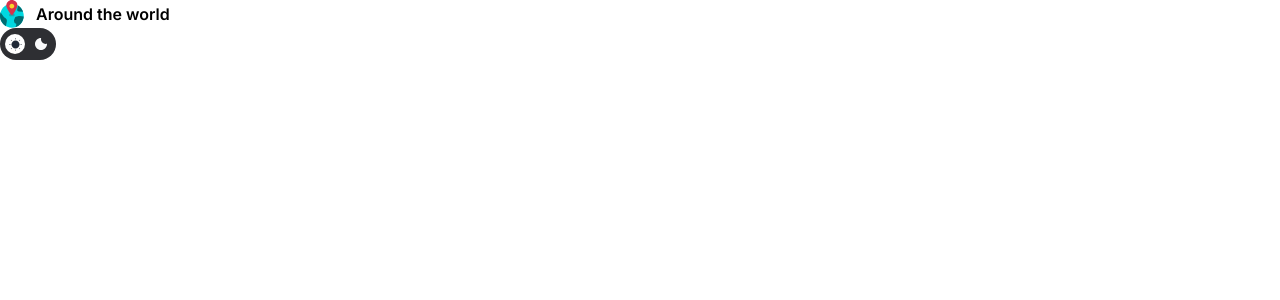
Repository: Baraajad231/Around-the-world
Page: /
An editor plug-in stored every save of this project. The page is shown before and after the next save, followed by the edit.
The browser window is 1280 px wide. The pictures show the whole page.
The project was rebuilt for these pictures with package versions that can differ from the ones it lists, and the page was loaded fresh each time. Also part of the build but not shown: vite.config.js.

Above is the page before, as saved 2026-03-12 00:50:25.

After the next save:
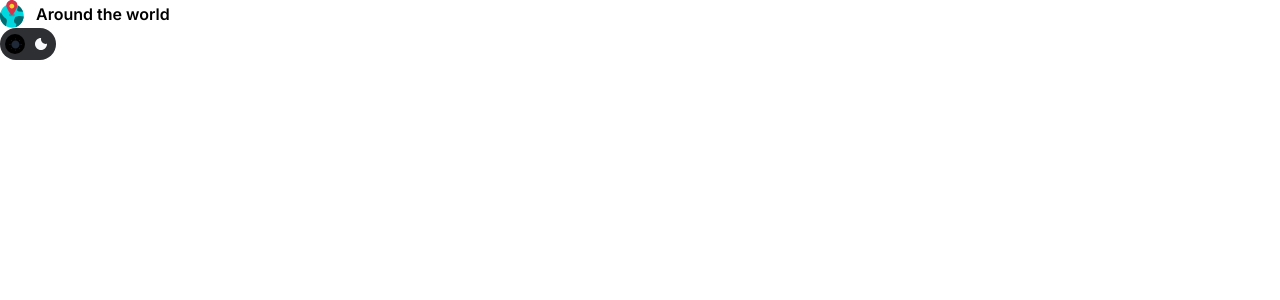
Saved 39 s later.
--- a/src/components/ThemeSwithcer.jsx
+++ b/src/components/ThemeSwithcer.jsx
@@ -1,7 +1,7 @@
 const ThemeSwitcher = () => {
   return (
-    <div className="dark w-14 h-8 items-center justify-evenly rounded-full bg-[#2e2f33] flex ">
-      <button className="bg-white w-5 h-5 rounded-4xl flex justify-center  items-center ">
+    <div className=" w-14 h-8 items-center justify-evenly rounded-full bg-[#2e2f33] flex ">
+      <button className="bg-white w-5 h-5 rounded-4xl flex justify-center  items-center dark:bg-black">
         <svg
           className=""
           width="13"

After the save that followed:
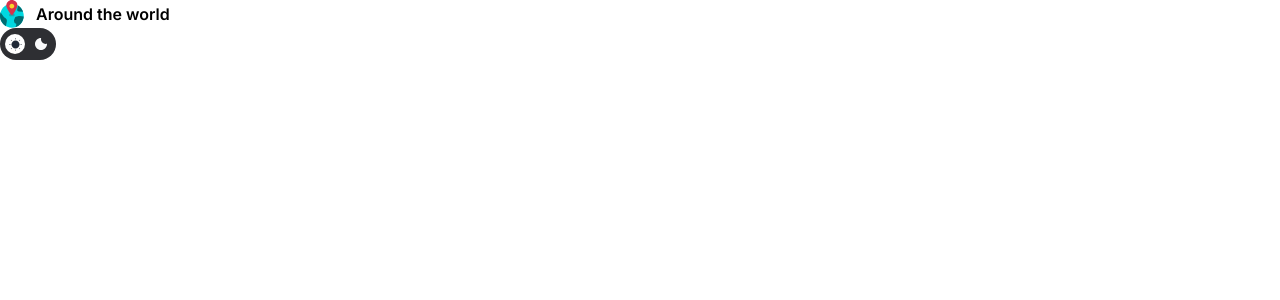
Saved 6 s later.
--- a/src/components/ThemeSwithcer.jsx
+++ b/src/components/ThemeSwithcer.jsx
@@ -1,7 +1,7 @@
 const ThemeSwitcher = () => {
   return (
     <div className=" w-14 h-8 items-center justify-evenly rounded-full bg-[#2e2f33] flex ">
-      <button className="bg-white w-5 h-5 rounded-4xl flex justify-center  items-center dark:bg-black">
+      <button className="bg-white w-5 h-5 rounded-4xl flex justify-center  items-center ">
         <svg
           className=""
           width="13"
